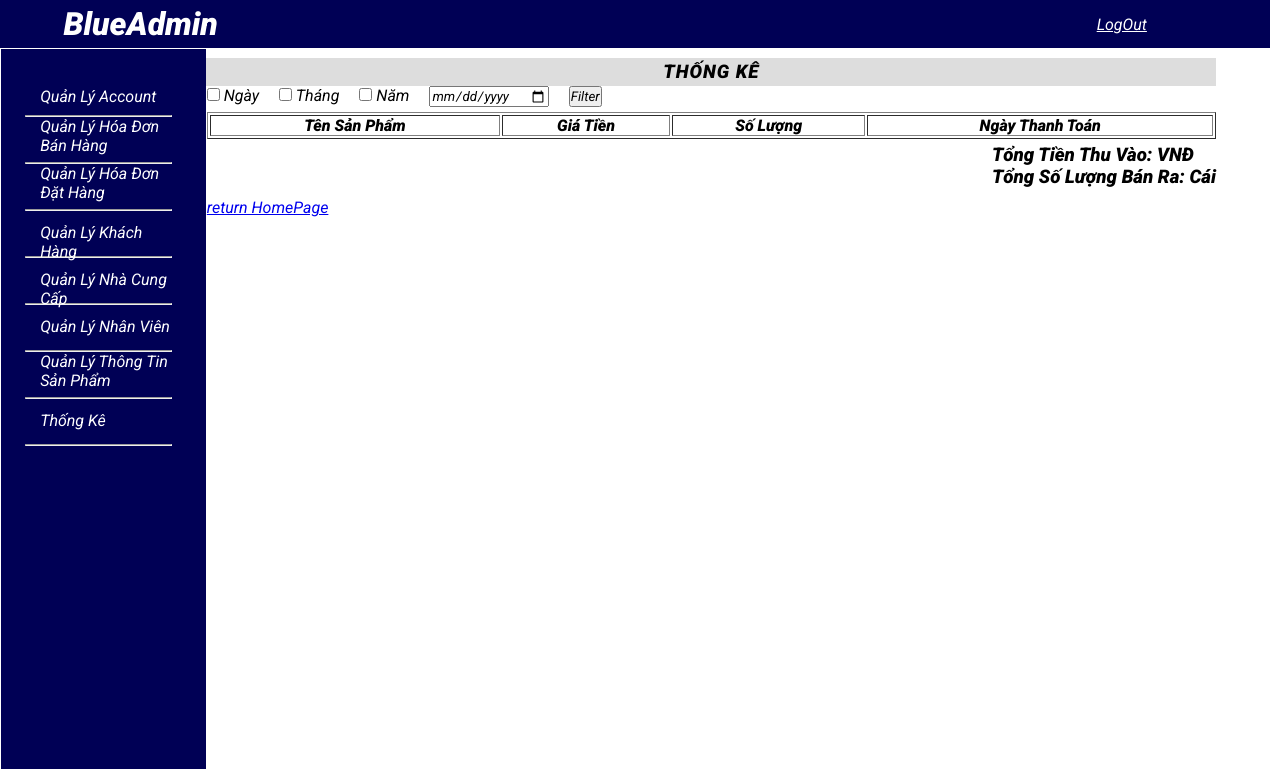
Repository: ngan429/WebsiteLaptop
Page: http://localhost/WebsiteLapTop/viewsnhanvien/ThongKeDB.jsp
An editor plug-in stored every save of this project. The page is shown before and after a run of saves, followed by the edit.
The browser window is 1280 px wide. The pictures show the whole page.
Some web libraries are served in a nearby version. The page is served by Tomcat 9. The template is opened directly, without the code that normally fills it, so the values that code supplies are empty.

Above is the page before, as saved 2021-12-03 03:52:25.
Console error: SyntaxError: Invalid or unexpected token
Not found: DoAnLapTop/WebsiteLapTop/WebsiteLapTop/css/

After the next 2 saves:
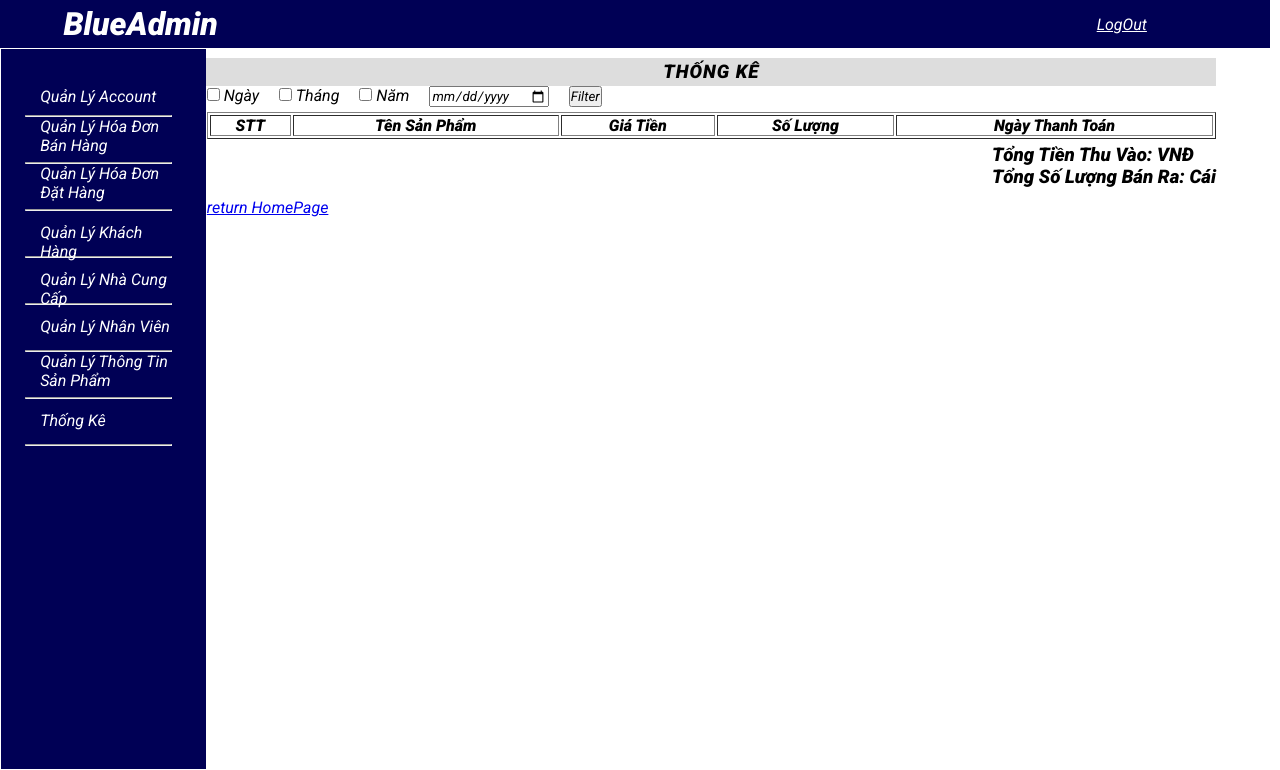
The 2 saves are shown as one change because they came seconds apart.
The last was saved 3 min 4 s later.
--- a/DoAnLapTop/WebsiteLapTop/WebContent/viewsnhanvien/ThongKeDB.jsp
+++ b/DoAnLapTop/WebsiteLapTop/WebContent/viewsnhanvien/ThongKeDB.jsp
@@ -126,6 +126,7 @@
 				<div class="show_product">
 					<table border=1>
 						<tr>
+							<th>STT</th>
 							<th>Tên Sản Phẩm</th>
 							<th>Giá Tiền</th>
 							<th>Số Lượng</th>
